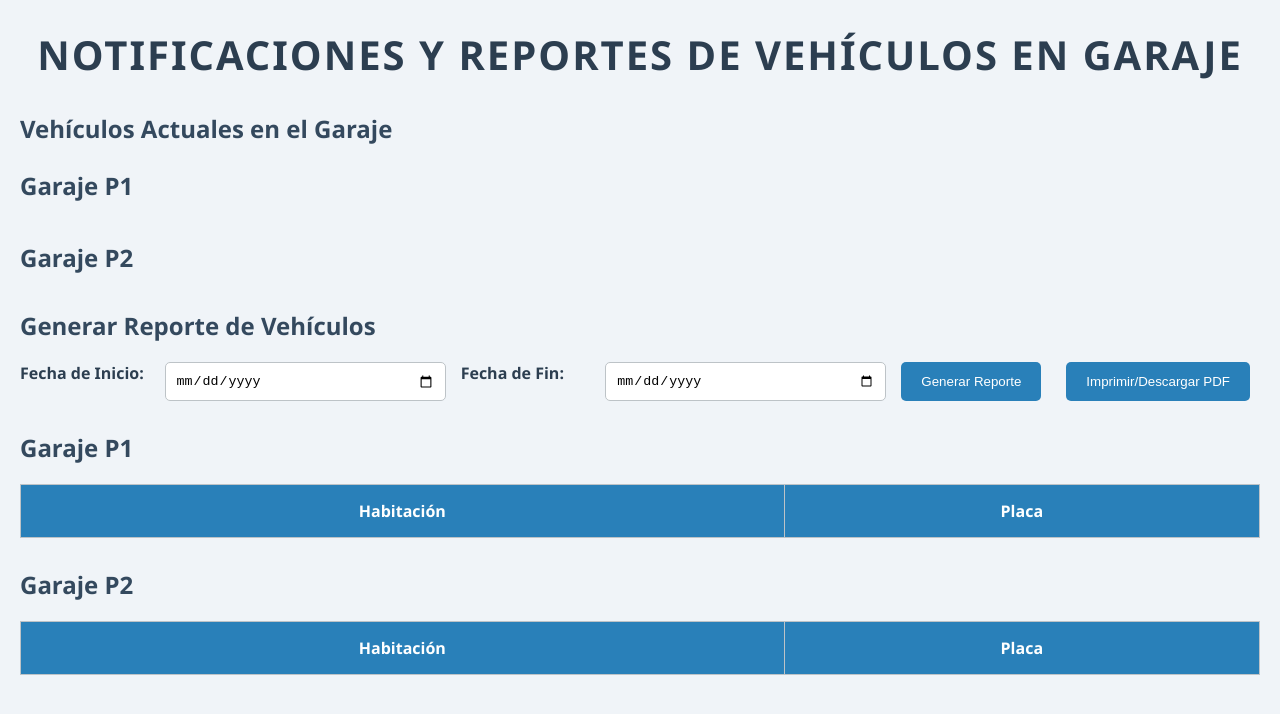
Repository: EddyWebz/REPOSITORIO-BASE-DATOS
Page: privado/report.html
These files come from the project's save history. The page is drawn as it stood at one moment and after the next save; the edit follows.
The browser window is 1280 px wide. The pictures show the whole page.
The page's requests for data from a server got no answer.

Above is the page before, as saved 2024-08-15 11:19:42.

After the next save:
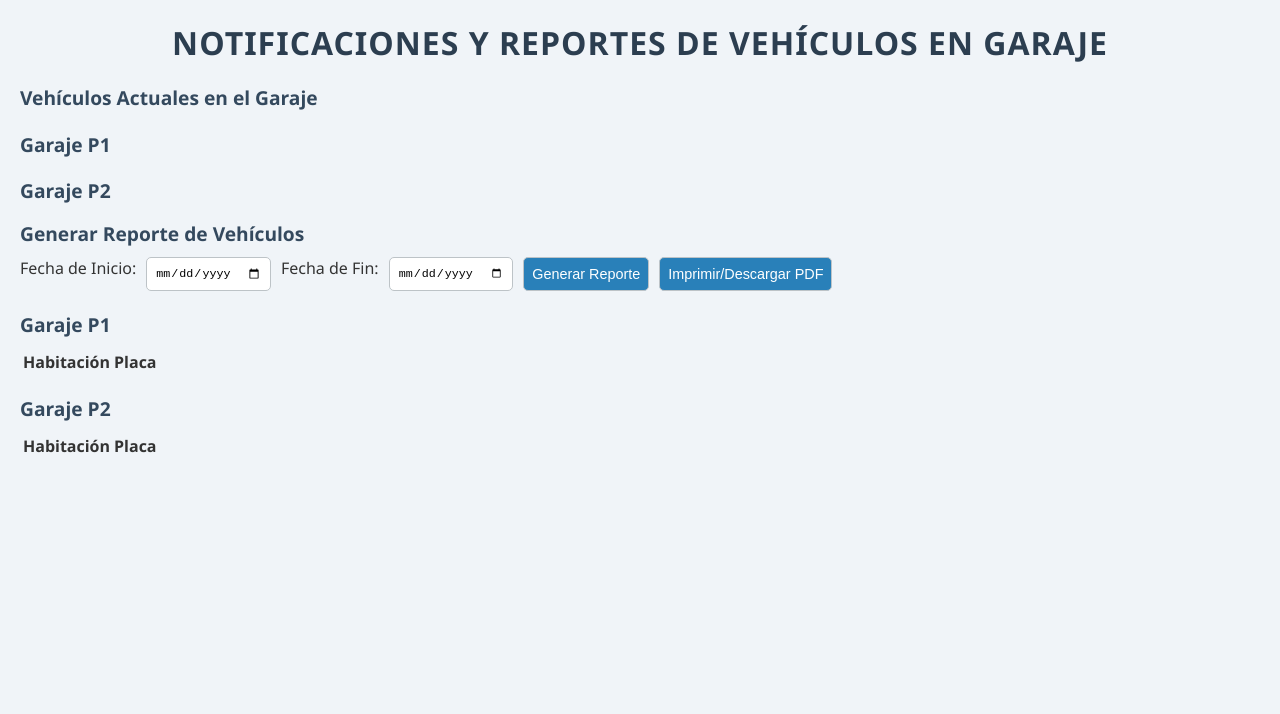
Saved 11 min 46 s later.
--- a/BASE-2/notif.css
+++ b/BASE-2/notif.css
@@ -12,118 +12,118 @@ body {
 header h1 {
     text-align: center;
     color: #2c3e50;
-    font-size: 2.5em;
-    margin-bottom: 30px;
+    font-size: 2em;
+    margin-bottom: 20px;
     text-transform: uppercase;
-    letter-spacing: 2px;
-    animation: fadeIn 1.5s ease-in-out;
+    letter-spacing: 1px;
+    animation: fadeIn 1s ease-in-out;
 }
 
 /* Sección de Notificaciones */
 #notificaciones h2, #notificaciones h3 {
     color: #34495e;
-    margin-bottom: 15px;
-    font-size: 1.5em;
-    animation: fadeIn 1.5s ease-in-out;
+    margin-bottom: 10px;
+    font-size: 1.2em;
+    animation: fadeIn 1s ease-in-out;
 }
 
-#notificaciones-contenedor-P1, #notificaciones-contenedor-P2 {
+.garaje {
+    display: flex;
+    flex-direction: column;
+    margin-bottom: 20px;
+}
+
+.notificaciones-contenedor {
     display: flex;
     flex-wrap: wrap;
-    gap: 20px;
-    animation: slideInUp 0.8s ease-in-out;
+    gap: 10px;
+    animation: slideInUp 0.5s ease-in-out;
 }
 
 .notificacion {
     background-color: #ffffff;
-    border-left: 5px solid #2980b9;
-    padding: 15px 20px;
-    box-shadow: 0 4px 6px rgba(0, 0, 0, 0.1);
-    border-radius: 8px;
-    width: calc(33.333% - 20px);
+    border-left: 3px solid #2980b9;
+    padding: 10px;
+    box-shadow: 0 2px 4px rgba(0, 0, 0, 0.1);
+    border-radius: 6px;
+    width: calc(50% - 10px);  /* Ocupa la mitad del ancho disponible */
     transition: transform 0.3s ease, box-shadow 0.3s ease;
     cursor: pointer;
 }
 
 .notificacion:hover {
-    transform: translateY(-5px);
-    box-shadow: 0 8px 12px rgba(0, 0, 0, 0.2);
+    transform: translateY(-3px);
+    box-shadow: 0 4px 6px rgba(0, 0, 0, 0.15);
 }
 
 /* Sección de Reportes */
 #reportes h2, #reportes h3 {
     color: #34495e;
-    margin-bottom: 20px;
-    font-size: 1.5em;
-    animation: fadeIn 1.5s ease-in-out;
+    margin-bottom: 10px;
+    font-size: 1.2em;
+    animation: fadeIn 1s ease-in-out;
 }
 
 #form-reporte {
     display: flex;
     flex-wrap: wrap;
-    gap: 15px;
-    margin-bottom: 30px;
+    gap: 10px;
+    margin-bottom: 20px;
 }
 
-#form-reporte label {
-    font-weight: bold;
-    color: #2c3e50;
+.form-group {
+    display: flex;
+    flex-direction: column;
     flex: 1;
-    min-width: 100px;
+    min-width: 150px;
 }
 
-#form-reporte input {
-    padding: 10px;
+#form-reporte input, #form-reporte button {
+    padding: 8px;
     border-radius: 5px;
     border: 1px solid #bdc3c7;
-    flex: 2;
-    min-width: 200px;
+    font-size: 0.9em;
 }
 
 #form-reporte button {
-    padding: 10px 20px;
     background-color: #2980b9;
     color: #ffffff;
-    border: none;
-    border-radius: 5px;
     cursor: pointer;
     transition: background-color 0.3s ease, transform 0.3s ease;
-    margin-right: 10px; /* Espacio entre botones */
 }
 
 #form-reporte button:hover {
     background-color: #3498db;
-    transform: translateY(-3px);
+    transform: translateY(-2px);
 }
 
 /* Tablas de Reportes */
-#tabla-reporte-P1, #tabla-reporte-P2 {
+.compact-table {
     width: 100%;
     border-collapse: collapse;
-    margin-bottom: 30px;
-    animation: fadeIn 1.5s ease-in-out;
+    margin-bottom: 20px;
 }
 
-#tabla-reporte-P1 th, #tabla-reporte-P1 td,
-#tabla-reporte-P2 th, #tabla-reporte-P2 td {
+.compact-table th, .compact-table td {
     border: 1px solid #bdc3c7;
-    padding: 15px;
+    padding: 8px;
     text-align: center;
+    font-size: 0.9em;
     background-color: #ecf0f1;
     color: #2c3e50;
     transition: background-color 0.3s ease;
 }
 
-#tabla-reporte-P1 th, #tabla-reporte-P2 th {
+.compact-table th {
     background-color: #2980b9;
     color: white;
 }
 
-#tabla-reporte-P1 tr:nth-child(even), #tabla-reporte-P2 tr:nth-child(even) {
+.compact-table tr:nth-child(even) {
     background-color: #f7f9f9;
 }
 
-#tabla-reporte-P1 tr:hover, #tabla-reporte-P2 tr:hover {
+.compact-table tr:hover {
     background-color: #e1ecf4;
 }
 
@@ -142,23 +142,6 @@ header h1 {
         transform: translateY(0);
         opacity: 1;
     }
-}
-
-/* Estilos para los botones en el formulario */
-#form-reporte button {
-    padding: 10px 20px;
-    background-color: #2980b9;
-    color: #ffffff;
-    border: none;
-    border-radius: 5px;
-    cursor: pointer;
-    transition: background-color 0.3s ease, transform 0.3s ease;
-    margin-right: 10px; /* Espacio entre botones */
-}
-
-#form-reporte button:hover {
-    background-color: #3498db;
-    transform: translateY(-3px);
 }
 
 /* Estilos específicos para impresión */
